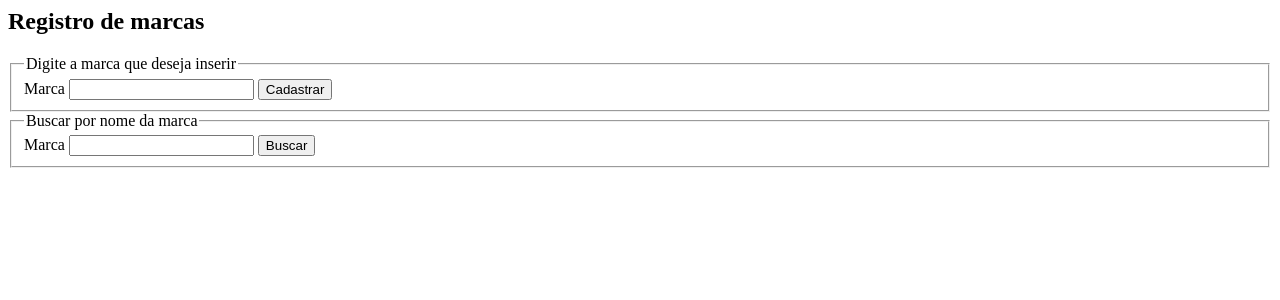
Repository: alysonrode/ProjetoTrilhaWeb
Page: ProjetoTrilhaWeb/WebContent/pages/admin/brands/index.html
An editor plug-in stored every save of this project. The page is shown before and after the next save, followed by the edit.
The browser window is 1280 px wide. The pictures show the whole page.

Above is the page before, as saved 2019-11-05 00:29:11.
Console error: ReferenceError: COLDIGO is not defined

After the next save:
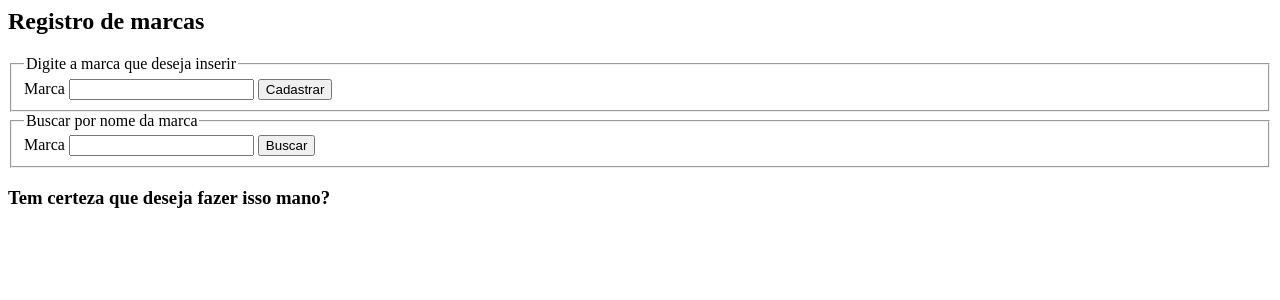
Saved 2 min 5 s later.
--- a/ProjetoTrilhaWeb/WebContent/pages/admin/brands/index.html
+++ b/ProjetoTrilhaWeb/WebContent/pages/admin/brands/index.html
@@ -23,4 +23,8 @@
 	</div>
 	<div id="listaMarcas" class="listaDeMarcas"></div>
 
+<div id="modalExcluirMarca">
+	<h3>Tem certeza que deseja fazer isso mano?</h3>
+</div>
+
 </form>
